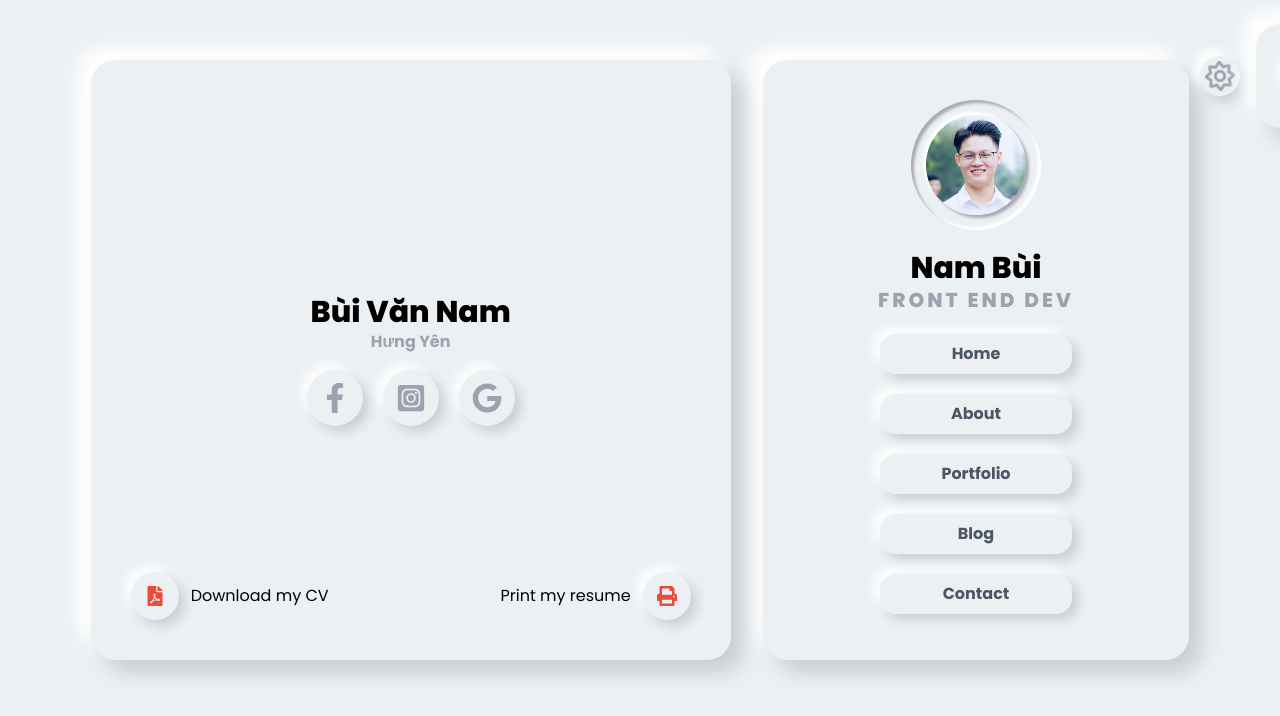
Repository: nambui98/profile_v2
Page: /contact
These files come from the project's save history. The page is drawn as it stood at one moment and after the next save; the edit follows.
The browser window is 1280 px wide. The pictures show the whole page.
The project was rebuilt for these pictures with package versions that can differ from the ones it lists, and the page was loaded fresh each time.

Above is the page before, as saved 2022-03-11 14:31:09.

After the next save:
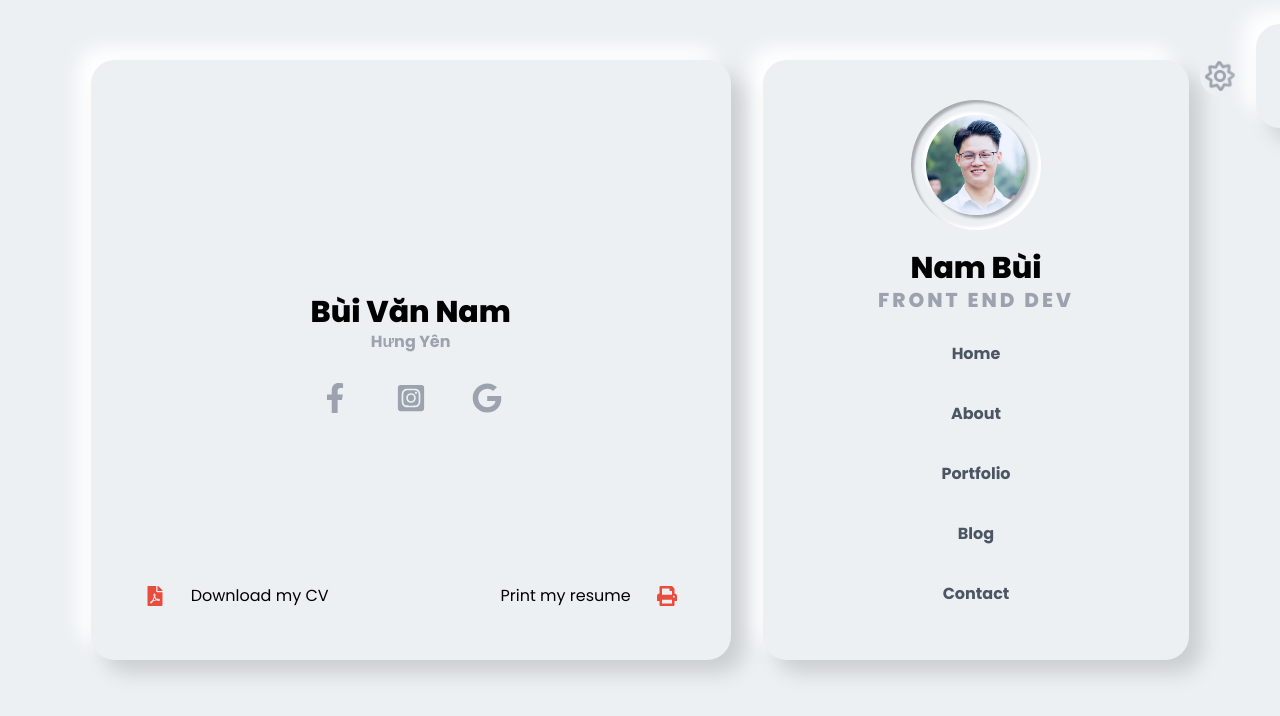
Saved 14 s later.
--- a/src/index.scss
+++ b/src/index.scss
@@ -10,8 +10,8 @@
     .btn-shadow{
     // box-shadow: 3px 3px 8px #cbced1,
     //             -3px -3px 8px #fff;
-box-shadow: 6px 6px 12px #cbced1,
-             -6px -6px 12px #ffffff;
+// box-shadow: 6px 6px 12px #cbced1,
+//              -6px -6px 12px #ffffff;
     // width: 50px;
     // height: 50px;
     cursor: pointer;

After the save that followed:
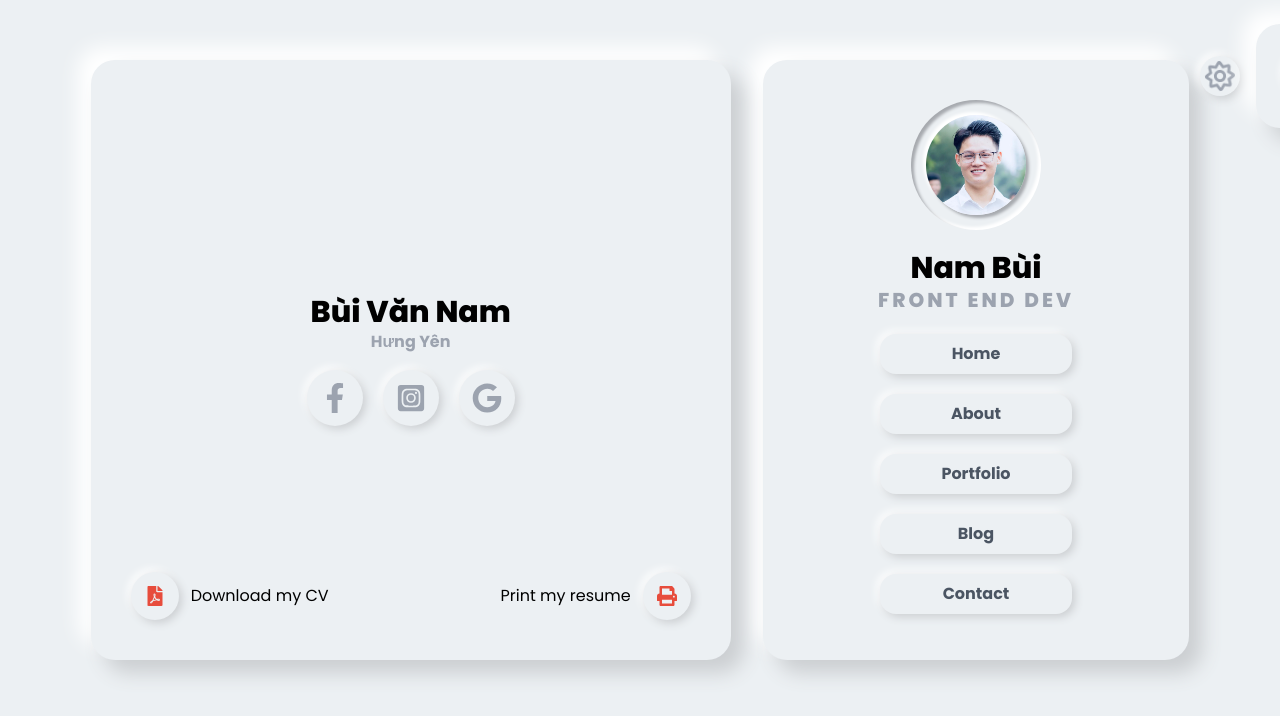
Saved 4 s later.
--- a/src/index.scss
+++ b/src/index.scss
@@ -8,8 +8,8 @@
 }
 @layer utilities {
     .btn-shadow{
-    // box-shadow: 3px 3px 8px #cbced1,
-    //             -3px -3px 8px #fff;
+    box-shadow: 3px 3px 8px #cbced1,
+                -3px -3px 8px #fff;
 // box-shadow: 6px 6px 12px #cbced1,
 //              -6px -6px 12px #ffffff;
     // width: 50px;
